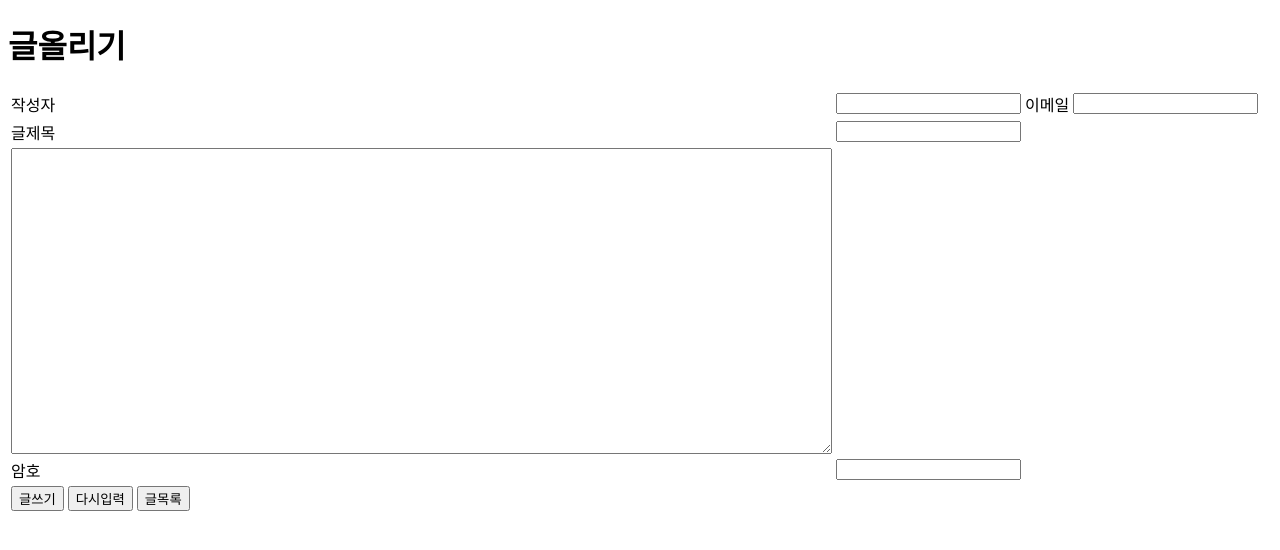
Repository: lch901/webStudy
Page: http://localhost/beanPro/board/write.jsp
The author's editor kept a copy of each file at every save. The page is drawn from the files as they stood at one save, then again after the next save.
The browser window is 1280 px wide. The pictures show the whole page.
The page is served by Tomcat 9.

Above is the page before, as saved 2020-08-27 02:24:23.

After the next save:
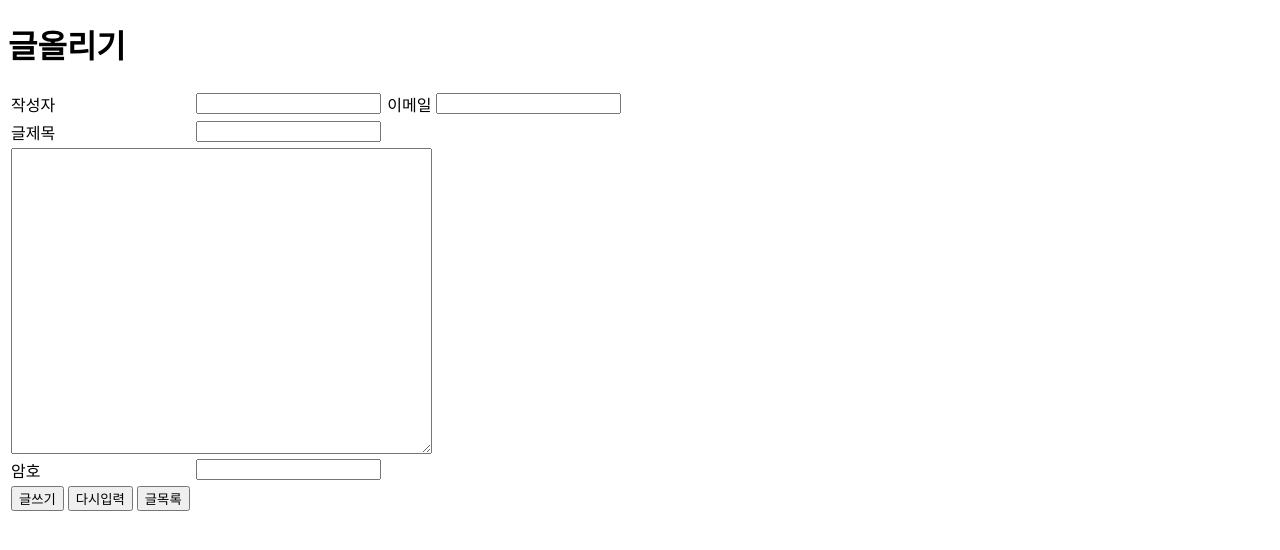
Saved 12 s later.
--- a/beanPro/WebContent/board/write.jsp
+++ b/beanPro/WebContent/board/write.jsp
@@ -22,8 +22,8 @@
 				<td><input type="text" name="b_title"></td>
 			</tr>
 			<tr>
-				<td>
-					<textarea rows="20" cols="100" name="b_content"></textarea>
+				<td colspan="3">
+					<textarea rows="20" cols="50" name="b_content"></textarea>
 				</td>
 			</tr>
 			<tr>
